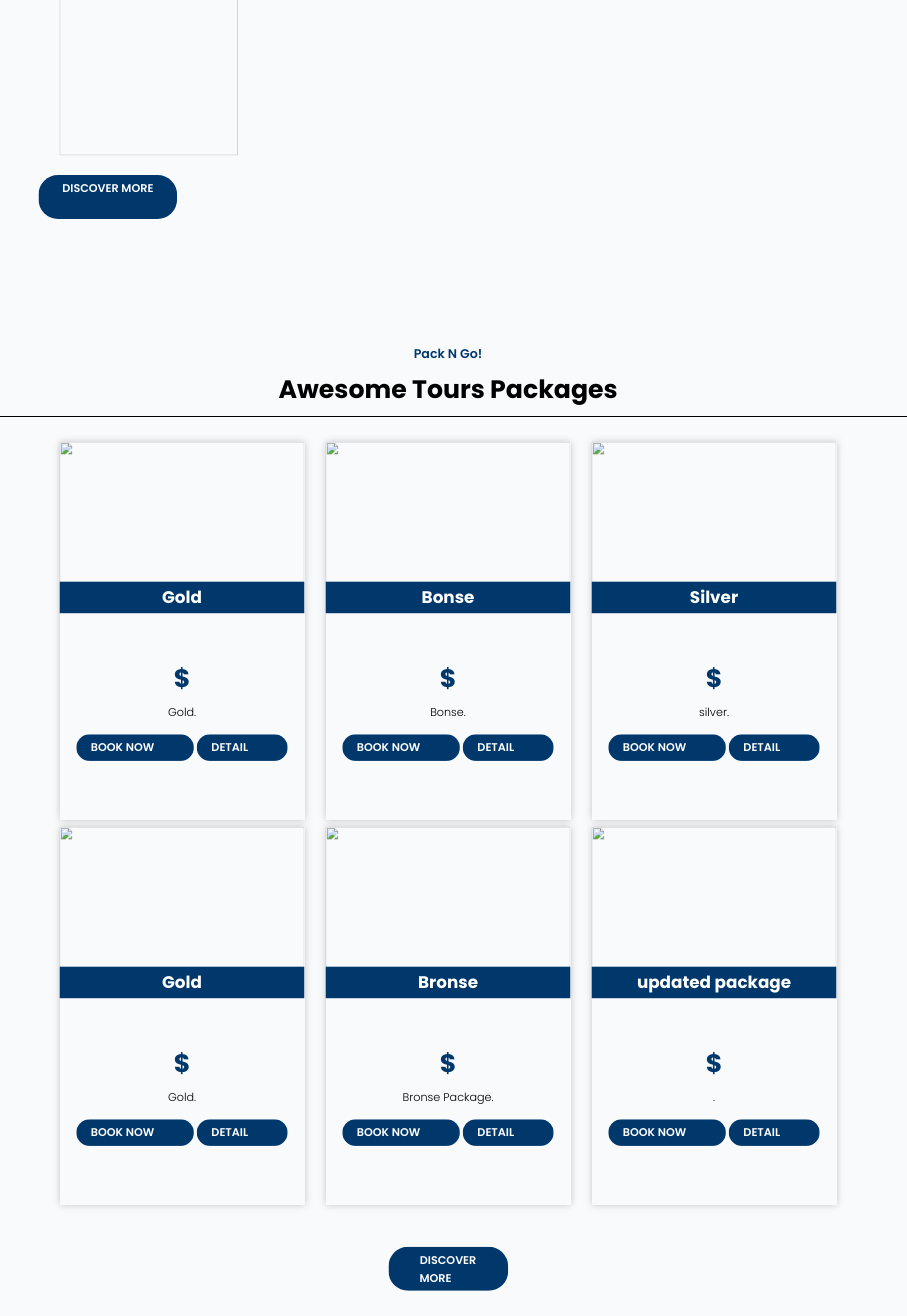
Repository: wasitmirani/laratest
Page: http://localhost/
These files come from the project's save history. The page is drawn as it stood at one moment and after the next save; the edit follows.
The browser window is 1280 px wide. The page is 1295 px wide, so the pictures cover 1295 px, including what lies to the right of the window. The pictures show the part of the page from y = 2310 to 4190 px (the page is 5596 px tall before and 5533 px after), at 70% of full size.
Some web libraries are served in a nearby version. The page is served by the project's Laravel application, run on PHP 8.4 with Laravel 8. The database holds what the project's SQL file puts in it.

Above is the page before, as saved 2021-06-30 12:53:46.
Console error: TypeError: Cannot read properties of undefined (reading 'settings')

After the next save:
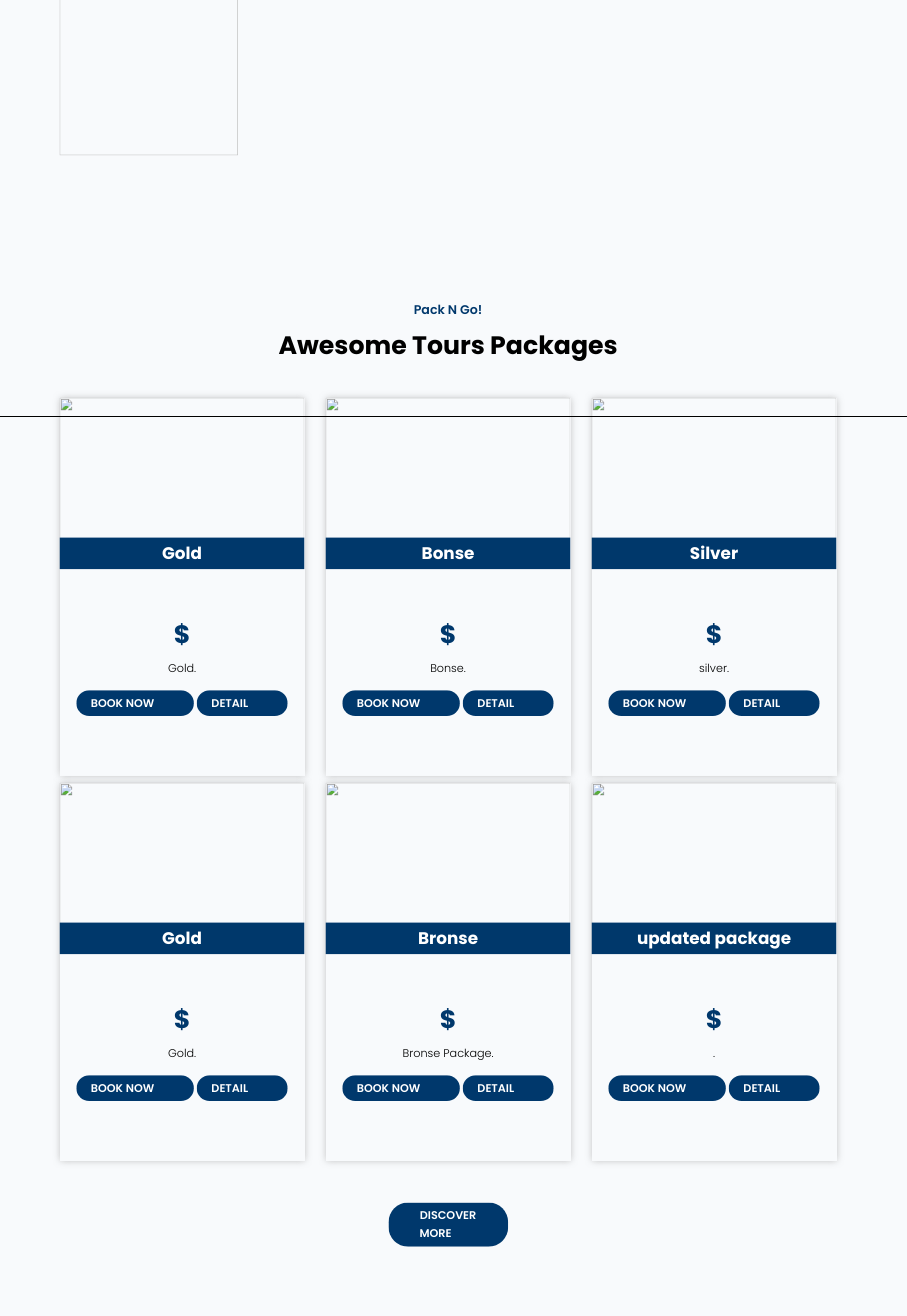
Saved 49 s later.
--- a/resources/views/frontend/components/tourComponent.blade.php
+++ b/resources/views/frontend/components/tourComponent.blade.php
@@ -66,6 +66,7 @@
                         @endforeach
                         @else
                         <h4>No Tours Found Right Now</h4>
+                        <a href="{{route('all.tours')}}" class="btn btn-business">Discover MORE <NOW></NOW> <i class="fas fa-arrow-right ml-3"></i></a>
                         @endif
 
                     </div>
@@ -73,7 +74,7 @@
                 </div>
                 <div class="row text-center" style="width: 198px; padding-top: 28px;">
 
-        <a href="{{route('all.tours')}}" class="btn btn-business">Discover MORE <NOW></NOW> <i class="fas fa-arrow-right ml-3"></i></a>
+
     </div>
 </div>
 
